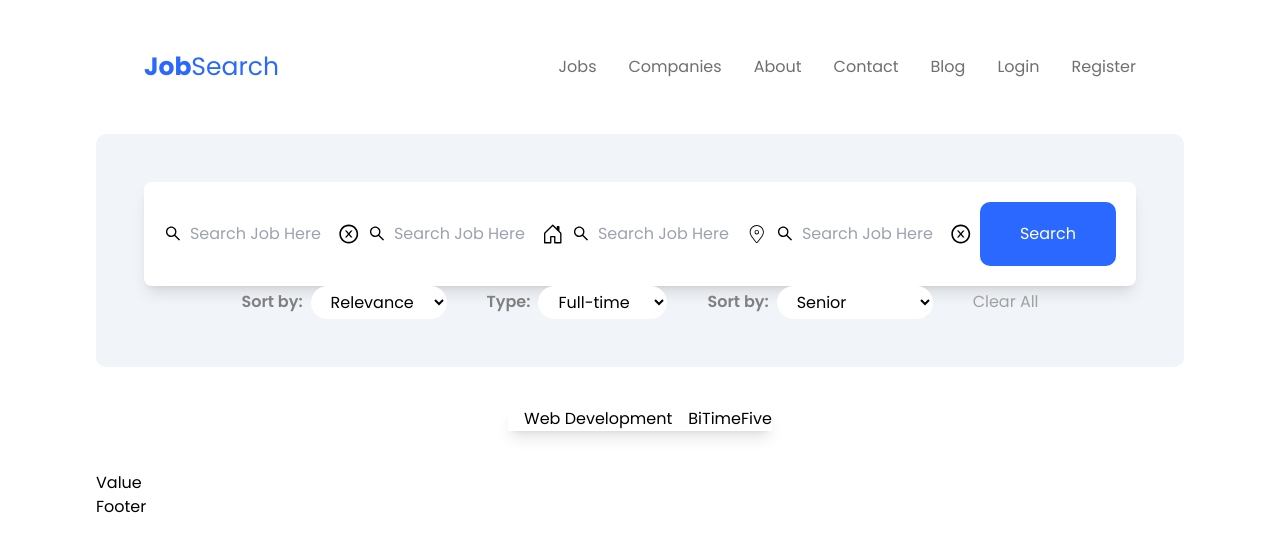
Repository: countaustin1990/Job-Search-website
Page: / (app in vite-project/)
An editor plug-in stored every save of this project. The page is shown before and after the next save, followed by the edit.
The browser window is 1280 px wide. The pictures show the whole page.
The project was rebuilt for these pictures with package versions that can differ from the ones it lists, and the page was loaded fresh each time. Also part of the build but not shown: vite-project/vite.config.js.

Above is the page before, as saved 2023-08-12 18:37:21.

### vite-project/index.html
<!doctype html>
<html lang="en">
  <head>
    <meta charset="UTF-8" />
    <link rel="icon" type="image/svg+xml" href="/vite.svg" />
    <meta name="viewport" content="width=device-width, initial-scale=1.0" />
    <title>Vite + React</title>
  </head>
  <body>
    <div id="root"></div>
    <script type="module" src="/src/main.jsx"></script>
  </body>
</html>

### vite-project/src/App.jsx
import NavBar from './components/NavBar'
import Job from './components/Job'
import Value from './components/Value'
import Search from './components/Search'
import Footer from './components/Footer'

const App = () => {
  return(
    <div className='w-[85%] m-auto bg-white'>
      <NavBar/>
      <Search/>
      <Job/>
      <Value/>
      <Footer/>
    </div>
  )
}



export default App

### vite-project/src/index.css
@import url("https://fonts.googleapis.com/css2?family=Poppins:wght@200;300;400;500;600;700;800;900&display=swap");

@tailwind base;
@tailwind components;
@tailwind utilities;

:root{
  font-family: 'Poppins', sans-serif;
}

body{
  background: white;
}

li{
  list-style: none;
  cursor: pointer;
  position: relative;
}

li:hover::before{
  position: absolute;
  content: '';
  height: 4px;
  width: 100%;
  background: #2a68ff;
  right: 0;
  bottom: -10px;
  color: #2a68ff;
}

.icon{
  cursor: pointer;
}

.card{
  background: #000;
}

### vite-project/src/components/NavBar.jsx


const NavBar = () => {
    return(
        <div className='navBar flex justify-between items-center p-[3rem]'>
            <div className="logoDiv">
                <h1 className='logo text-[25px] text-blueColor'>
                    <strong>Job</strong>Search
                </h1>
            </div>

            <div className="menu flex gap-8">
                <li className="menuList text-[#6f6f6f] hover:text-blueColor">Jobs</li>
                <li className="menuList text-[#6f6f6f] hover:text-blueColor">Companies</li>
                <li className="menuList text-[#6f6f6f] hover:text-blueColor">About</li>
                <li className="menuList text-[#6f6f6f] hover:text-blueColor">Contact</li>
                <li className="menuList text-[#6f6f6f] hover:text-blueColor">Blog</li>
                <li className="menuList text-[#6f6f6f] hover:text-blueColor">Login</li>
                <li className="menuList text-[#6f6f6f] hover:text-blueColor">Register</li>
            </div>

        </div>
    )
}

export default NavBar

### vite-project/src/components/Job.jsx
import { BiTimeFive } from 'react-icons/bi'

 const Job = () => {
    return(
        <div>

            <div className='jobContainer flex gap-10 justify-center flex-wrap items-center py-10'>

                <div className='group group/items singleJob w-[20] bg-white rounded[10px] hover:bg-blueColor shadow-lg shadow-greyIsh-400/700 hover:shadow-lg'>
                    <span className='flex justify-between items-center gap-4'>
                        <h1 className='text-[16px] font-semibold text-textColor group-hover:text-white'/>Web Development

                        <span>
                            BiTimeFive
                        </span>
                    </span>
                </div>
            </div>
        </div>
    )
 }

 export default Job

### vite-project/src/components/Value.jsx


const Value = () => {
    return(
        <div>Value</div>
    )
}

export default Value

### vite-project/src/components/Search.jsx
import { AiOutlineCloseCircle, AiOutlineSearch,  } from 'react-icons/ai'
import { BsHouseDoor } from 'react-icons/bs'
import { CiLocationOn } from 'react-icons/ci'


const Search = () => {
    return(
        <div className='SearchDiv grid gp-10 bg-greyIsh rounded-[10px] p-[3rem]'>
            <form action=''>
                <div className='firstDiv flex justified-between items-center rounded-[8px] gap-[10px] bg-white p-5 shadow-lg shadow-greyIsh-700'>
                    <div className='flex gap-2 items-center'>
                       <div className="flex gap-2 items-center">
                            <AiOutlineSearch className='text-[25px] icon'/>
                                <input type="text" className='bg-transparent text-blue-500 focus:outline-none w-[100%]' placeholder='Search Job Here'/>
                                    <AiOutlineCloseCircle className='text-[30px] text-[#a5a6a6 hover:text-textColor icon'/>
                        </div>


                       <div className="flex gap-2 items-center">
                            <AiOutlineSearch className='text-[25px] icon'/>
                                <input type="text" className='bg-transparent text-blue-500 focus:outline-none w-[100%]' placeholder='Search Job Here'/>
                                    <BsHouseDoor className='text-[30px] text-[#a5a6a6 hover:text-textColor icon'/>
                        </div>

                        <div className="flex gap-2 items-center">
                            <AiOutlineSearch className='text-[25px] icon'/>
                                <input type="text" className='bg-transparent text-blue-500 focus:outline-none w-[100%]' placeholder='Search Job Here'/>
                                    <CiLocationOn className='text-[30px] text-[#a5a6a6 hover:text-textColor icon'/>
                        </div>

                        <div className="flex gap-2 items-center">
                            <AiOutlineSearch className='text-[25px] icon'/>
                                <input type="text" className='bg-transparent text-blue-500 focus:outline-none w-[100%]' placeholder='Search Job Here'/>
                                    <AiOutlineCloseCircle className='text-[30px] text-[#a5a6a6 hover:text-textColor icon'/>
                        </div>

                        <button className='bg-blueColor h-full p-5 px-10 rounded-[10px] text-white cursor-pointer hover:bg-blue-300'>
                            Search
                        </button>
                    </div>
                </div>
            </form>

            <div className='secDiv flex items-center gap-10 justify-center'>
                <div className='singleSearch flex items-center gap-2'>
                    <label htmlFor='relevance' className='text-[#808080] font-semibold'>
                        Sort by:
                    </label>

                    <select name='' id='relevance' className='bg-white rounded-[34px] px-4 py-1'>
                        <option value=''>Relevance</option>
                        <option value=''>Inclusive</option>
                        <option value=''>Start with</option>
                        <option value=''>Contains</option>
                    </select>
                </div>

                <div className='singleSearch flex items-center gap-2'>
                    <label htmlFor='type' className='text-[#808080] font-semibold'>
                        Type:
                    </label>

                    <select name='' id='type' className='bg-white rounded-[34px] px-4 py-1'>
                        <option value=''>Full-time</option>
                        <option value=''>Remote</option>
                        <option value=''>Contract</option>
                        <option value=''>Part-time</option>
                    </select>
                </div>

                <div className='singleSearch flex items-center gap-2'>
                    <label htmlFor='level' className='text-[#808080] font-semibold'>
                        Sort by:
                    </label>

                    <select name='' id='level' className='bg-white rounded-[34px] px-4 py-1'>
                        <option value=''>Senior</option>
                        <option value=''>Intermediate</option>
                        <option value=''>Beginner</option>
                        <option value=''>Advocate</option>
                    </select>
                </div>

                <span className='text-[#a1a1a1] cursor-pointer'>
                    Clear All
                </span>

            </div>
        </div>
    )
}

export default Search

### vite-project/src/components/Footer.jsx


const Footer = () => {
    return(
        <div>Footer</div>
    )
}

export default Footer

### vite-project/tailwind.config.js
/** @type {import('tailwind').Config} */
export default {
  content: [
    "./index.html",
    "./src/**/*.{js,jsx}",
  ],
  theme: {
    extend: {
      colors: {
      'blueColor': '#2a68ff',
      'greyIsh': '#f1f4f8',
      'cardShadow': '#f7f8f9',
      'textColor': '#252b36',
      }
    },
  },
  plugins: [],
}

Loaded but not shown: vite-project/src/main.jsx (common file)

After the next save:
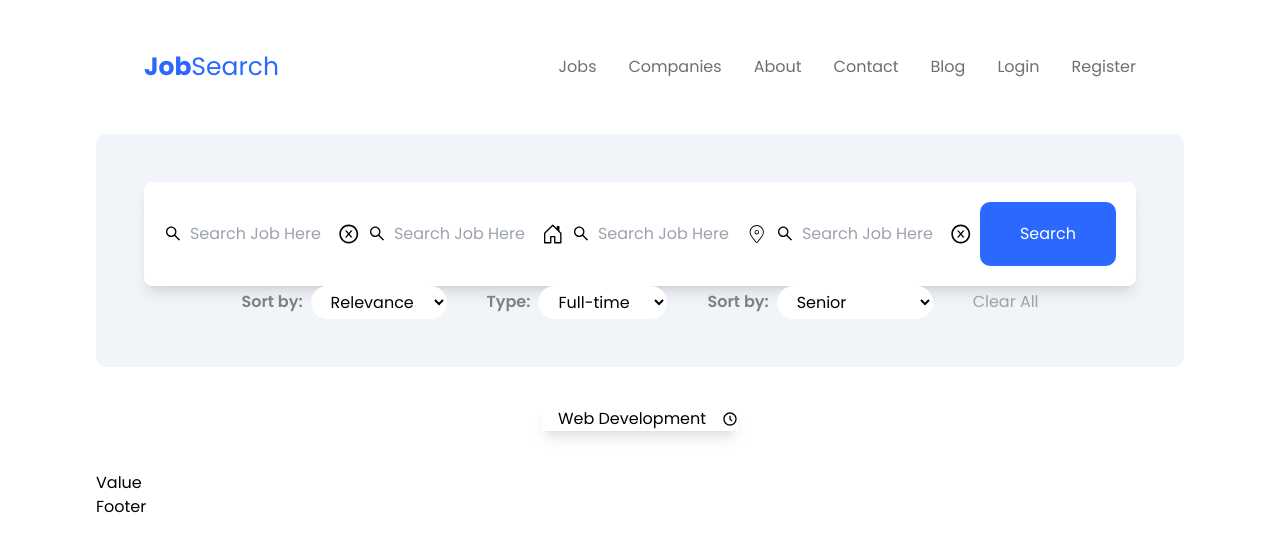
Saved 31 s later.
--- a/vite-project/src/components/Job.jsx
+++ b/vite-project/src/components/Job.jsx
@@ -11,7 +11,7 @@ import { BiTimeFive } from 'react-icons/bi'
                         <h1 className='text-[16px] font-semibold text-textColor group-hover:text-white'/>Web Development
 
                         <span>
-                            BiTimeFive
+                            <BiTimeFive/>
                         </span>
                     </span>
                 </div>
